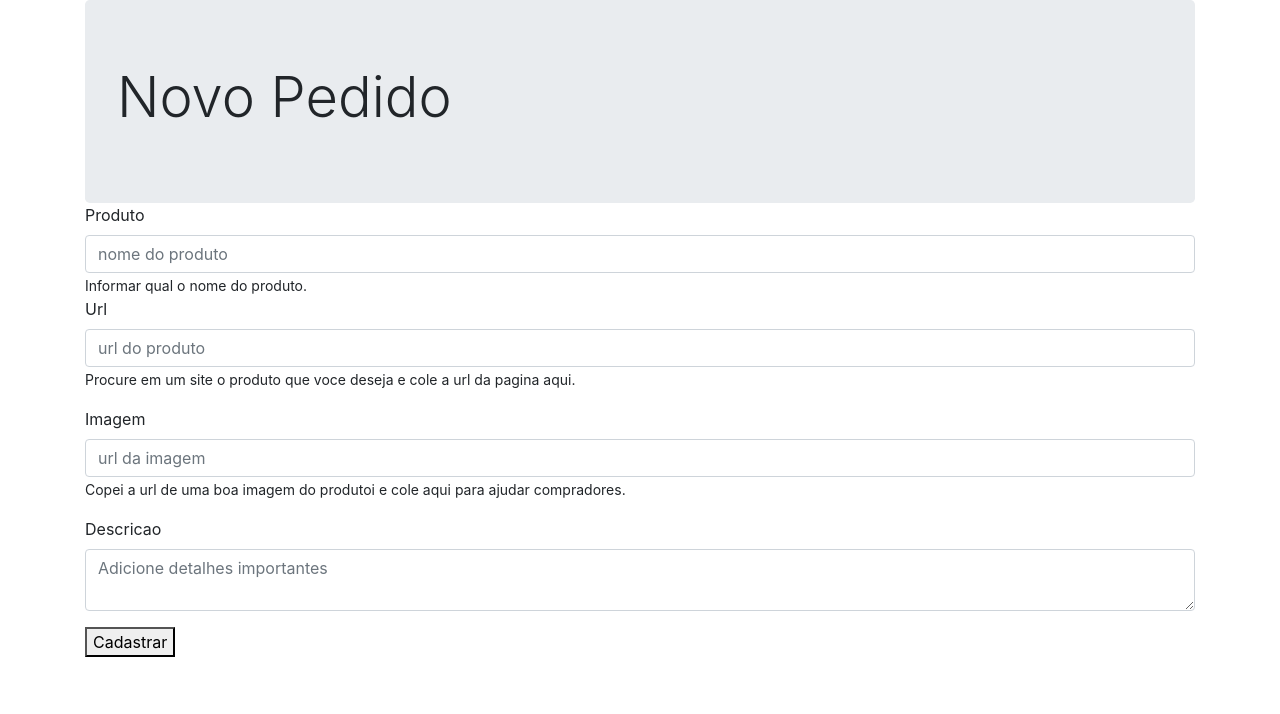
Repository: PedroKarasudani/Spring_MVC
Page: http://localhost/pedido/formulario
The author's editor kept a copy of each file at every save. The page is drawn from the files as they stood at one save, then again after the next save.
The browser window is 1280 px wide. The pictures show the whole page.
The page is this project's Thymeleaf template; nobody is signed in. The template is opened directly, without the code that normally fills it, so the values that code supplies are empty.

Above is the page before, as saved 2023-10-25 00:37:29.

### mudi/src/main/resources/templates/pedido/formulario.html
<!DOCTYPE html>
<html>

<head>
	<meta charset="UTF-8" />
	<title>Pedido</title>
	<link rel="stylesheet" href="https://cdn.jsdelivr.net/npm/bootstrap@4.6.2/dist/css/bootstrap.min.css"
		integrity="sha384-xOolHFLEh07PJGoPkLv1IbcEPTNtaed2xpHsD9ESMhqIYd0nLMwNLD69Npy4HI+N" crossorigin="anonymous">
</head>

<body>
	<div class="container">
		<div class="jumbotron mb-0">
			<h1 class="display-4">Novo Pedido</h1>
		</div>
		<form action="/pedido/novo" method="POST">
			<div class="form-group">
				<label for="nomeProduto">Produto</label>
				<input class="form-control" name="nomeProduto" placeholder="nome do produto"/>
				<small>Informar qual o nome do produto.</small>
			</divclass="form-group">
			<div class="form-group">
				<label for="urlProduto">Url</label>
				<input class="form-control" name="urlProduto" placeholder="url do produto"/>
				<small>Procure em um site o produto que voce deseja e cole a url da pagina aqui.</small>
			</div>
			<div class="form-group">
				<label for="urlImagem">Imagem</label>
				<input class="form-control" name="urlImagem" placeholder="url da imagem"/>
				<small>Copei a url de uma boa imagem do produtoi e cole aqui para ajudar compradores.</small>
			</div>
			<div class="form-group">
				<label for="descricao">Descricao</label>
				<textarea class="form-control" name="descricao" placeholder="Adicione detalhes importantes"></textarea>
			</div>
			<button type="submit">Cadastrar</button>
		</form>

	</div>
</body>

</html>

After the next save:
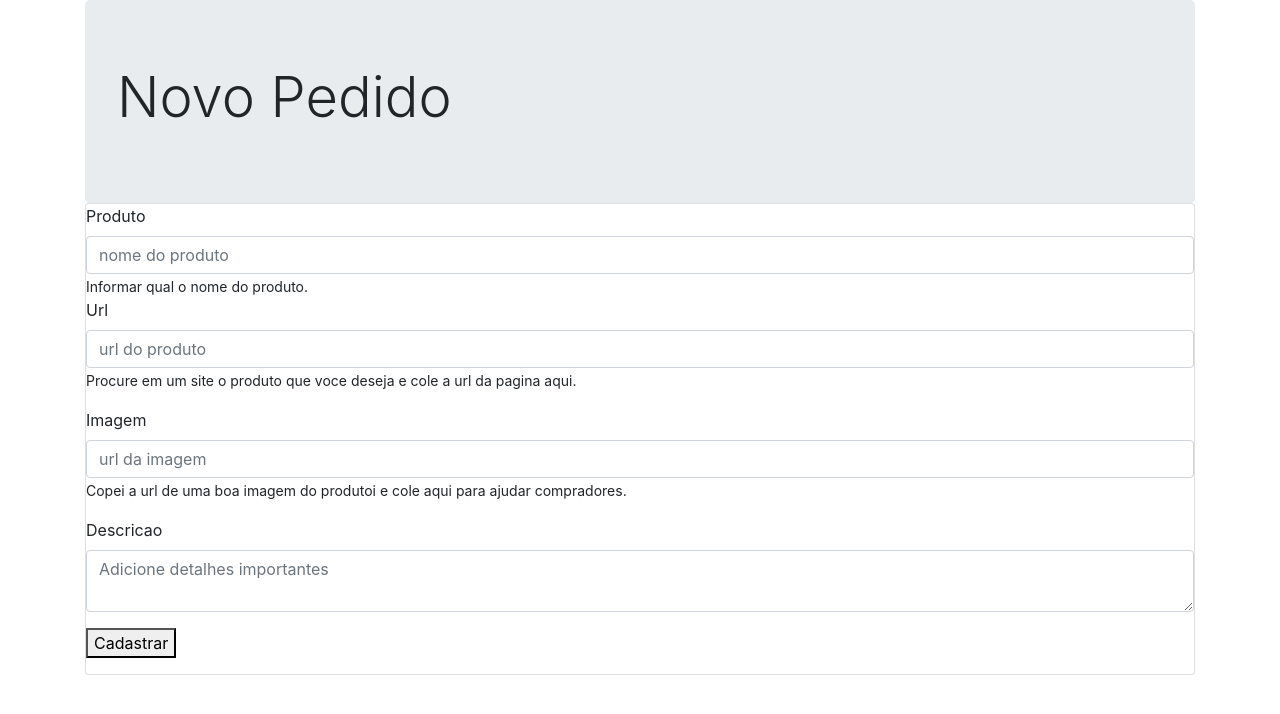
Saved 99 s later.
--- a/mudi/src/main/resources/templates/pedido/formulario.html
+++ b/mudi/src/main/resources/templates/pedido/formulario.html
@@ -13,29 +13,30 @@
 		<div class="jumbotron mb-0">
 			<h1 class="display-4">Novo Pedido</h1>
 		</div>
-		<form action="/pedido/novo" method="POST">
-			<div class="form-group">
-				<label for="nomeProduto">Produto</label>
-				<input class="form-control" name="nomeProduto" placeholder="nome do produto"/>
-				<small>Informar qual o nome do produto.</small>
-			</divclass="form-group">
-			<div class="form-group">
-				<label for="urlProduto">Url</label>
-				<input class="form-control" name="urlProduto" placeholder="url do produto"/>
-				<small>Procure em um site o produto que voce deseja e cole a url da pagina aqui.</small>
-			</div>
-			<div class="form-group">
-				<label for="urlImagem">Imagem</label>
-				<input class="form-control" name="urlImagem" placeholder="url da imagem"/>
-				<small>Copei a url de uma boa imagem do produtoi e cole aqui para ajudar compradores.</small>
-			</div>
-			<div class="form-group">
-				<label for="descricao">Descricao</label>
-				<textarea class="form-control" name="descricao" placeholder="Adicione detalhes importantes"></textarea>
-			</div>
-			<button type="submit">Cadastrar</button>
-		</form>
-
+		<div class="card">
+			<form action="/pedido/novo" method="POST">
+				<div class="form-group">
+					<label for="nomeProduto">Produto</label>
+					<input class="form-control" name="nomeProduto" placeholder="nome do produto"/>
+					<small>Informar qual o nome do produto.</small>
+				</divclass="form-group">
+				<div class="form-group">
+					<label for="urlProduto">Url</label>
+					<input class="form-control" name="urlProduto" placeholder="url do produto"/>
+					<small>Procure em um site o produto que voce deseja e cole a url da pagina aqui.</small>
+				</div>
+				<div class="form-group">
+					<label for="urlImagem">Imagem</label>
+					<input class="form-control" name="urlImagem" placeholder="url da imagem"/>
+					<small>Copei a url de uma boa imagem do produtoi e cole aqui para ajudar compradores.</small>
+				</div>
+				<div class="form-group">
+					<label for="descricao">Descricao</label>
+					<textarea class="form-control" name="descricao" placeholder="Adicione detalhes importantes"></textarea>
+				</div>
+				<button type="submit">Cadastrar</button>
+			</form>
+		</div>
 	</div>
 </body>
 
